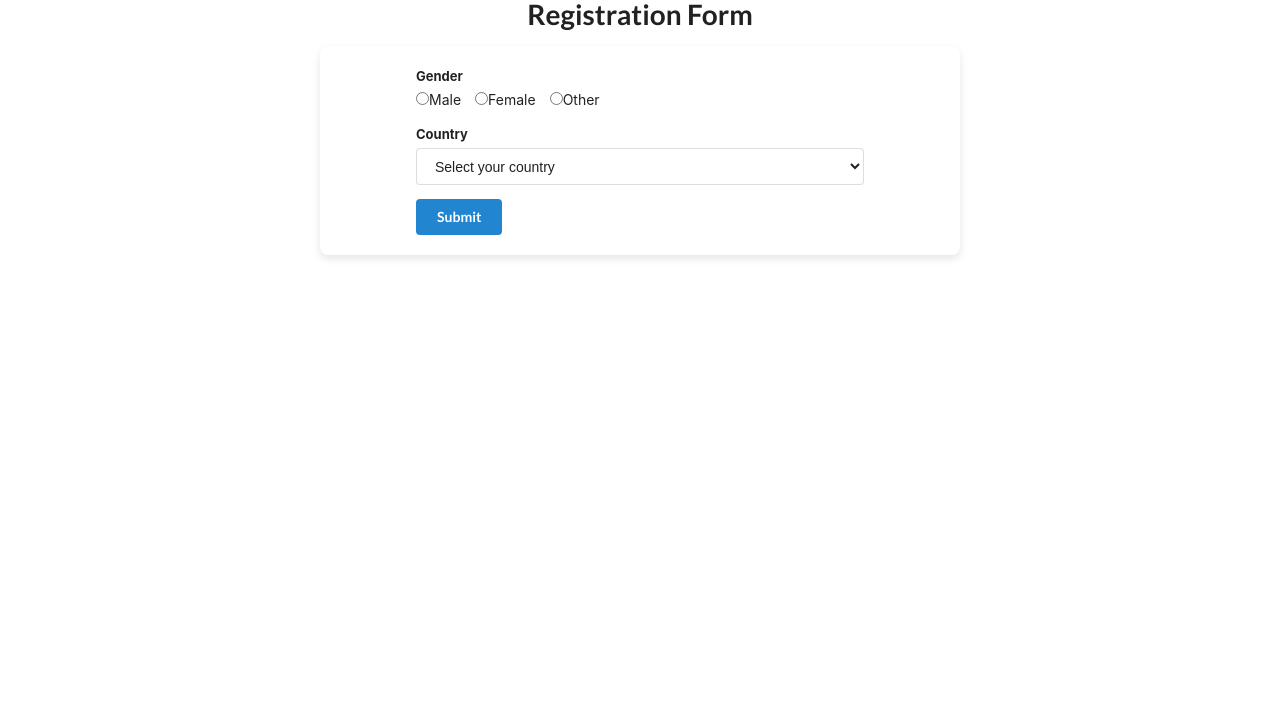
Repository: Wahid137/registration-form
Page: /
The author's editor kept a copy of each file at every save. The page is drawn from the files as they stood at one save, then again after the next save.
The browser window is 1280 px wide. The pictures show the whole page.
The project was rebuilt for these pictures with package versions that can differ from the ones it lists, and the page was loaded fresh each time. Also part of the build but not shown: src/App.css.

Above is the page before, as saved 2024-05-01 14:55:46.

### src/index.js
import React from 'react';
import ReactDOM from 'react-dom/client';
import 'semantic-ui-css/semantic.min.css';
import App from './App';
import './index.css';
import reportWebVitals from './reportWebVitals';

const root = ReactDOM.createRoot(document.getElementById('root'));
root.render(
  <React.StrictMode>
    <App />
  </React.StrictMode>
);

// If you want to start measuring performance in your app, pass a function
// to log results (for example: reportWebVitals(console.log))
// or send to an analytics endpoint. Learn more: https://bit.ly/CRA-vitals
reportWebVitals();

### src/App.js
import { Header } from 'semantic-ui-react';
import './App.css';
import Register from './components/Register';

function App() {
  return (
    <div className="App">
      <Header as='h1' textAlign='center'>
        Registration Form
      </Header>
      <Register />
    </div>
  );
}

export default App;

### src/components/Register.js
import Joi from "joi";
import moment from "moment";
import React, { useState } from "react";
import { useForm } from "react-hook-form";
import { Button, Container, Form, FormField } from "semantic-ui-react";
import { countryOptions } from "../utils/country";

const Register = () => {
    const [showPassword, setShowPassword] = useState(false);
    const [showConfirmPassword, setShowConfirmPassword] = useState(false);
    const togglePasswordVisibility = () => setShowPassword(!showPassword);
    const toggleConfirmPasswordVisibility = () => setShowConfirmPassword(!showConfirmPassword);

    const { register, handleSubmit, reset, watch } = useForm();
    const password = watch("password", "");

    const [formErrors, setFormErrors] = useState({});

    const minBirthDate = moment().subtract(18, "years").format("YYYY-MM-DD");
    const nameRegex = /^[A-Za-z\s]+$/;
    const phoneRegex = /^[0-9]{10}$/;
    const passwordRegex = /^(?=.*[a-z])(?=.*[A-Z])(?=.*\d)[a-zA-Z\d]{3,30}$/;

    const schema = Joi.object({
        firstName: Joi.string().min(2).max(20).pattern(nameRegex).required().messages({
            "string.base": "First name must be a string",
            "string.empty": "Please enter your first name",
            "string.min": "First name must have at least {#limit} characters",
            "string.max": "First name cannot exceed {#limit} characters",
            "string.pattern.base": "First name must contain only alphabets and spaces",
            "any.required": "First name is required",
        }),
        lastName: Joi.string().min(2).max(20).pattern(nameRegex).required().messages({
            "string.base": "Last name must be a string",
            "string.empty": "Please enter your last name",
            "string.min": "Last name must have at least {#limit} characters",
            "string.max": "Last name cannot exceed {#limit} characters",
            "string.pattern.base": "Last name must contain only alphabets and spaces",
            "any.required": "Last name is required",
        }),
        gender: Joi.string().valid('male', 'female', 'other').required().messages({
            "any.required": "Gender is required",
            "any.only": "Please select a valid gender",
        }),
        birthDate: Joi.date()
            .max(minBirthDate)
            .required()
            .messages({
                "date.base": "Please enter a valid date",
                "date.max": "You must be at least 18 years old",
                "any.required": "Birth date is required",
            }),
        phoneNumber: Joi.string().pattern(phoneRegex).required().messages({
            "string.base": "Phone number must be a string",
            "string.empty": "Please enter your phone number",
            "string.pattern.base": "Phone number must be exactly 10 digits",
            "any.required": "Phone number is required",
        }),
        email: Joi.string().email({ tlds: { allow: false } }).required().messages({
            "string.base": "Email must be a string",
            "string.empty": "Please enter your email",
            "string.email": "Please enter a valid email address",
            "any.required": "Email is required",
        }),
        password: Joi.string().pattern(passwordRegex).required().messages({
            "string.base": "Password must be a string",
            "string.empty": "Please enter your password",
            "string.pattern.base": "Password must be 3 to 30 characters long and contain at least one lowercase letter, one uppercase letter, and one digit",
            "any.required": "Password is required",
        }),
        confirmPassword: Joi.string().valid(password).required().messages({
            "any.required": "Confirm password is required",
            "any.only": "Passwords do not match",
        }),
        country: Joi.string().required().messages({
            "any.required": "Please select a country",
        }),
    });

    const getPasswordErrorMessage = (value) => {
        if (value.length < 3 || value.length > 30) {
            return "Password must be 3 to 30 characters long";
        }
        if (!/[a-z]/.test(value)) {
            return "Password must contain at least one lowercase letter";
        }
        if (!/[A-Z]/.test(value)) {
            return "Password must contain at least one uppercase letter";
        }
        if (!/[0-9]/.test(value)) {
            return "Password must contain at least one digit";
        }
        return "";
    };

    const onSubmit = (data) => {
        const { error } = schema.validate(data, { abortEarly: false });
        if (error) {
            const errorMessage = {};
            error.details.forEach((detail) => {
                errorMessage[detail.path[0]] = detail.message;
            });
            if (data.password) {
                errorMessage.password = getPasswordErrorMessage(data.password);
            }
            setFormErrors(errorMessage);
            return;
        }
        console.log(data);
        reset();
        setFormErrors({});
    };

    return (
        <Container
            style={{
                paddingTop: "20px",
                paddingBottom: "20px",
                display: "flex",
                width: "50%",
                justifyContent: "center",
                boxShadow: "0 4px 8px rgba(0,0,0,0.1)",
                borderRadius: "8px",
            }}
        >

            <Form style={{ width: "70%" }} onSubmit={handleSubmit(onSubmit)}>
                {/*   <div style={{ marginBottom: "1rem" }}>
                    <FormField error={formErrors.firstName !== undefined}>
                        <label>First Name</label>
                        <input
                            placeholder="First Name"
                            {...register("firstName")}
                            className={formErrors.firstName ? "error" : ""}
                        />
                        {formErrors.firstName && (
                            <div className="ui pointing red basic label">
                                {formErrors.firstName}
                            </div>
                        )}
                    </FormField>
                </div>
                <div style={{ marginBottom: "1rem" }}>
                    <FormField error={formErrors.lastName !== undefined}>
                        <label>Last Name</label>
                        <input
                            placeholder="Last Name"
                            {...register("lastName")}
                            className={formErrors.lastName ? "error" : ""}
                        />
                        {formErrors.lastName && (
                            <div className="ui pointing red basic label">
                                {formErrors.lastName}
                            </div>
                        )}
                    </FormField>
                </div> */}
                <div style={{ marginBottom: "1rem" }}>
                    <FormField error={formErrors.gender !== undefined}>
                        <label>Gender</label>
                        <div style={{ display: "flex", flexDirection: "row" }}>
                            <div style={{ marginRight: "1rem" }}>
                                <input type="radio" id="male" name="gender" value="male" onChange={register} />
                                <label htmlFor="male">Male</label>
                            </div>
                            <div style={{ marginRight: "1rem" }}>
                                <input type="radio" id="female" name="gender" value="female" onChange={register} />
                                <label htmlFor="female">Female</label>
                            </div>
                            <div>
                                <input type="radio" id="other" name="gender" value="other" onChange={register} />
                                <label htmlFor="other">Other</label>
                            </div>
                        </div>
                        {formErrors.gender && (
                            <div className="ui pointing red basic label">
                                {formErrors.gender}
                            </div>
                        )}
                    </FormField>
                </div>


                {/*   <div style={{ marginBottom: "1rem" }}>
                    <FormField error={formErrors.birthDate !== undefined}>
                        <label>Birth Date</label>
                        <input
                            type="date"
                            name="birthDate"
                            {...register("birthDate")}
                            className={formErrors.birthDate ? "error" : ""}
                        />
                        {formErrors.birthDate && (
                            <div className="ui pointing red basic label">
                                {formErrors.birthDate}
                            </div>
                        )}
                    </FormField>
                </div> */}
                {/*     <div style={{ marginBottom: "1rem" }}>
                    <FormField error={formErrors.phoneNumber !== undefined}>
                        <label>Phone Number</label>
                        <input
                            placeholder="Phone Number"
                            {...register("phoneNumber")}
                            className={formErrors.phoneNumber ? "error" : ""}
                        />
                        {formErrors.phoneNumber && (
                            <div className="ui pointing red basic label">
                                {formErrors.phoneNumber}
                            </div>
                        )}
                    </FormField>
                </div> */}
                {/*    <div style={{ marginBottom: "1rem" }}>
                    <FormField error={formErrors.email !== undefined}>
                        <label>Email</label>
                        <input
                            placeholder="Email"
                            {...register("email")}
                            className={formErrors.email ? "error" : ""}
                        />
                        {formErrors.email && (
                            <div className="ui pointing red basic label">
                                {formErrors.email}
                            </div>
                        )}
                    </FormField>
                </div> */}
                <div style={{ marginBottom: "1rem" }}>
                    <FormField error={formErrors.country !== undefined}>
                        <label>Country</label>
                        <select {...register("country")} className={formErrors.country ? "error" : ""}>
                            <option value="">Select your country</option>
                            {
                                countryOptions?.map((country) => <option key={country?.key} value={country?.value}>{country?.text}</option>)
                            }
                        </select>
                        {formErrors.country && (
                            <div className="ui pointing red basic label">
                                {formErrors.country}
                            </div>
                        )}
                    </FormField>
                </div>
                {/*     <div style={{ marginBottom: "1rem" }}>
                    <FormField error={formErrors.password !== undefined}>
                        <label>Password</label>
                        <div className="ui input">
                            <input
                                type={showPassword ? "text" : "password"}
                                placeholder="Password"
                                {...register("password")}
                                className={formErrors.password ? "error" : ""}
                            />
                            <Icon
                                name={showPassword ? "eye slash" : "eye"}
                                link
                                onClick={togglePasswordVisibility}
                                style={{ cursor: "pointer", position: "absolute", right: "10px", top: "50%", transform: "translateY(-50%)" }}
                            />
                        </div>
                        {formErrors.password && (
                            <div className="ui pointing red basic label">
                                {formErrors.password}
                            </div>
                        )}
                    </FormField>
                </div>
                <div style={{ marginBottom: "1rem" }}>
                    <FormField error={formErrors.confirmPassword !== undefined}>
                        <label>Confirm Password</label>
                        <div className="ui input">
                            <input
                                type={showConfirmPassword ? "text" : "password"}
                                placeholder="Confirm Password"
                                {...register("confirmPassword")}
                                className={formErrors.confirmPassword ? "error" : ""}
                            />
                            <Icon
                                name={showConfirmPassword ? "eye slash" : "eye"}
                                link
                                onClick={toggleConfirmPasswordVisibility}
                                style={{ cursor: "pointer", position: "absolute", right: "10px", top: "50%", transform: "translateY(-50%)" }}
                            />
                        </div>
                        {formErrors.confirmPassword && (
                            <div className="ui pointing red basic label">
                                {formErrors.confirmPassword}
                            </div>
                        )}
                    </FormField>
                </div> */}
                <Button type="submit" color="blue">
                    Submit
                </Button>
            </Form>
        </Container>
    );
};

export default Register;

### src/utils/country.js
export const countryOptions = [
    { key: 'af', value: 'af', text: 'Afghanistan' },
    { key: 'ax', value: 'ax', text: 'Aland Islands' },
    { key: 'al', value: 'al', text: 'Albania' },
    { key: 'dz', value: 'dz', text: 'Algeria' },
    { key: 'as', value: 'as', text: 'American Samoa' },
    { key: 'ad', value: 'ad', text: 'Andorra' },
    { key: 'ao', value: 'ao', text: 'Angola' },
    { key: 'ai', value: 'ai', text: 'Anguilla' },
    { key: 'ag', value: 'ag', text: 'Antigua' },
    { key: 'ar', value: 'ar', text: 'Argentina' },
    { key: 'am', value: 'am', text: 'Armenia' },
    { key: 'aw', value: 'aw', text: 'Aruba' },
    { key: 'au', value: 'au', text: 'Australia' },
    { key: 'at', value: 'at', text: 'Austria' },
    { key: 'az', value: 'az', text: 'Azerbaijan' },
    { key: 'bs', value: 'bs', text: 'Bahamas' },
    { key: 'bh', value: 'bh', text: 'Bahrain' },
    { key: 'bd', value: 'bd', text: 'Bangladesh' },
    { key: 'bb', value: 'bb', text: 'Barbados' },
    { key: 'by', value: 'by', text: 'Belarus' },
    { key: 'be', value: 'be', text: 'Belgium' },
    { key: 'bz', value: 'bz', text: 'Belize' },
    { key: 'bj', value: 'bj', text: 'Benin' },
]

Loaded but not shown: public/index.html (common file); src/index.css (common file); src/reportWebVitals.js (common file)

After the next save:
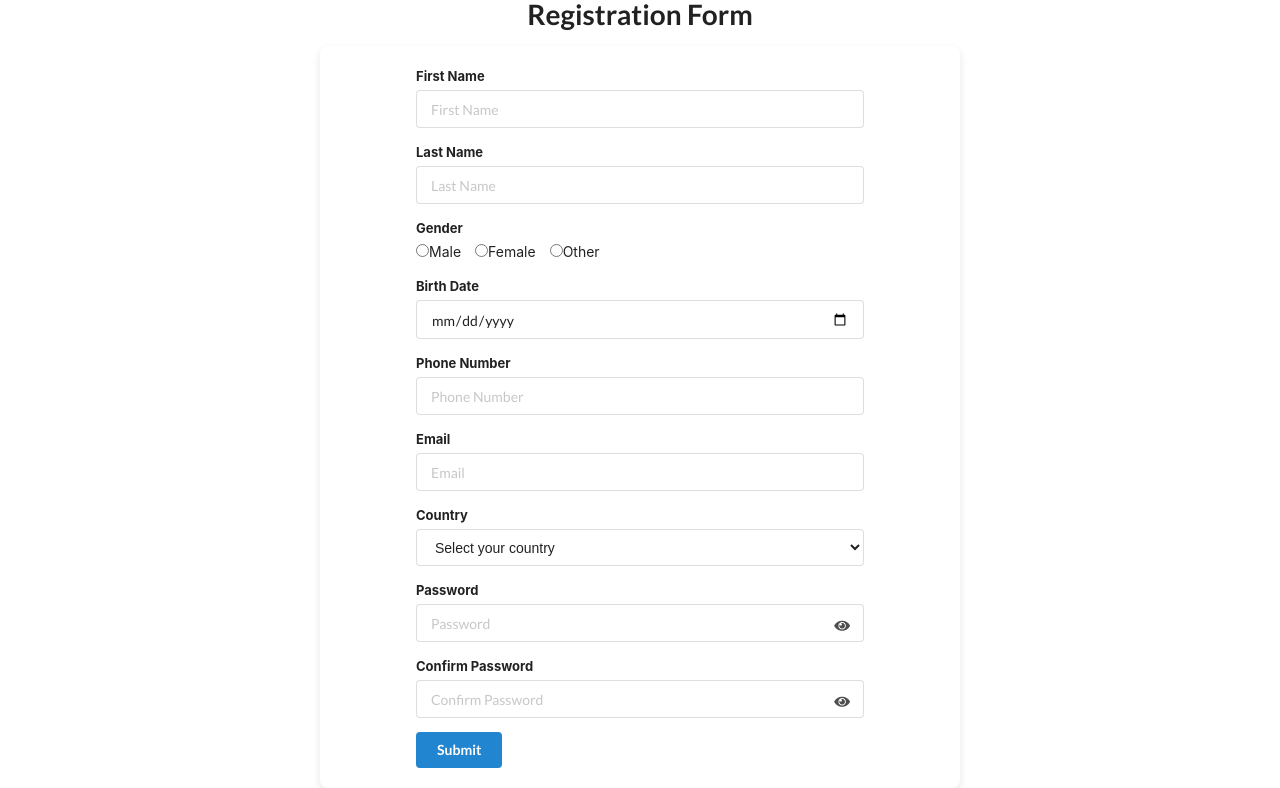
Saved 46 s later.
--- a/src/components/Register.js
+++ b/src/components/Register.js
@@ -2,7 +2,7 @@ import Joi from "joi";
 import moment from "moment";
 import React, { useState } from "react";
 import { useForm } from "react-hook-form";
-import { Button, Container, Form, FormField } from "semantic-ui-react";
+import { Button, Container, Form, FormField, Icon } from "semantic-ui-react";
 import { countryOptions } from "../utils/country";
 
 const Register = () => {
@@ -125,7 +125,7 @@ const Register = () => {
         >
 
             <Form style={{ width: "70%" }} onSubmit={handleSubmit(onSubmit)}>
-                {/*   <div style={{ marginBottom: "1rem" }}>
+                <div style={{ marginBottom: "1rem" }}>
                     <FormField error={formErrors.firstName !== undefined}>
                         <label>First Name</label>
                         <input
@@ -154,21 +154,21 @@ const Register = () => {
                             </div>
                         )}
                     </FormField>
-                </div> */}
-                <div style={{ marginBottom: "1rem" }}>
-                    <FormField error={formErrors.gender !== undefined}>
+                </div>
+                <div style={{ marginBottom: "1rem" }}>
+                    <FormField>
                         <label>Gender</label>
                         <div style={{ display: "flex", flexDirection: "row" }}>
                             <div style={{ marginRight: "1rem" }}>
-                                <input type="radio" id="male" name="gender" value="male" onChange={register} />
+                                <input type="radio" id="male" {...register("gender")} value="male" />
                                 <label htmlFor="male">Male</label>
                             </div>
                             <div style={{ marginRight: "1rem" }}>
-                                <input type="radio" id="female" name="gender" value="female" onChange={register} />
+                                <input type="radio" id="female" {...register("gender")} value="female" />
                                 <label htmlFor="female">Female</label>
                             </div>
                             <div>
-                                <input type="radio" id="other" name="gender" value="other" onChange={register} />
+                                <input type="radio" id="other" {...register("gender")} value="other" />
                                 <label htmlFor="other">Other</label>
                             </div>
                         </div>
@@ -179,9 +179,7 @@ const Register = () => {
                         )}
                     </FormField>
                 </div>
-
-
-                {/*   <div style={{ marginBottom: "1rem" }}>
+                <div style={{ marginBottom: "1rem" }}>
                     <FormField error={formErrors.birthDate !== undefined}>
                         <label>Birth Date</label>
                         <input
@@ -196,8 +194,8 @@ const Register = () => {
                             </div>
                         )}
                     </FormField>
-                </div> */}
-                {/*     <div style={{ marginBottom: "1rem" }}>
+                </div>
+                <div style={{ marginBottom: "1rem" }}>
                     <FormField error={formErrors.phoneNumber !== undefined}>
                         <label>Phone Number</label>
                         <input
@@ -211,8 +209,8 @@ const Register = () => {
                             </div>
                         )}
                     </FormField>
-                </div> */}
-                {/*    <div style={{ marginBottom: "1rem" }}>
+                </div>
+                <div style={{ marginBottom: "1rem" }}>
                     <FormField error={formErrors.email !== undefined}>
                         <label>Email</label>
                         <input
@@ -226,7 +224,7 @@ const Register = () => {
                             </div>
                         )}
                     </FormField>
-                </div> */}
+                </div>
                 <div style={{ marginBottom: "1rem" }}>
                     <FormField error={formErrors.country !== undefined}>
                         <label>Country</label>
@@ -243,7 +241,7 @@ const Register = () => {
                         )}
                     </FormField>
                 </div>
-                {/*     <div style={{ marginBottom: "1rem" }}>
+                <div style={{ marginBottom: "1rem" }}>
                     <FormField error={formErrors.password !== undefined}>
                         <label>Password</label>
                         <div className="ui input">
@@ -290,7 +288,7 @@ const Register = () => {
                             </div>
                         )}
                     </FormField>
-                </div> */}
+                </div>
                 <Button type="submit" color="blue">
                     Submit
                 </Button>
